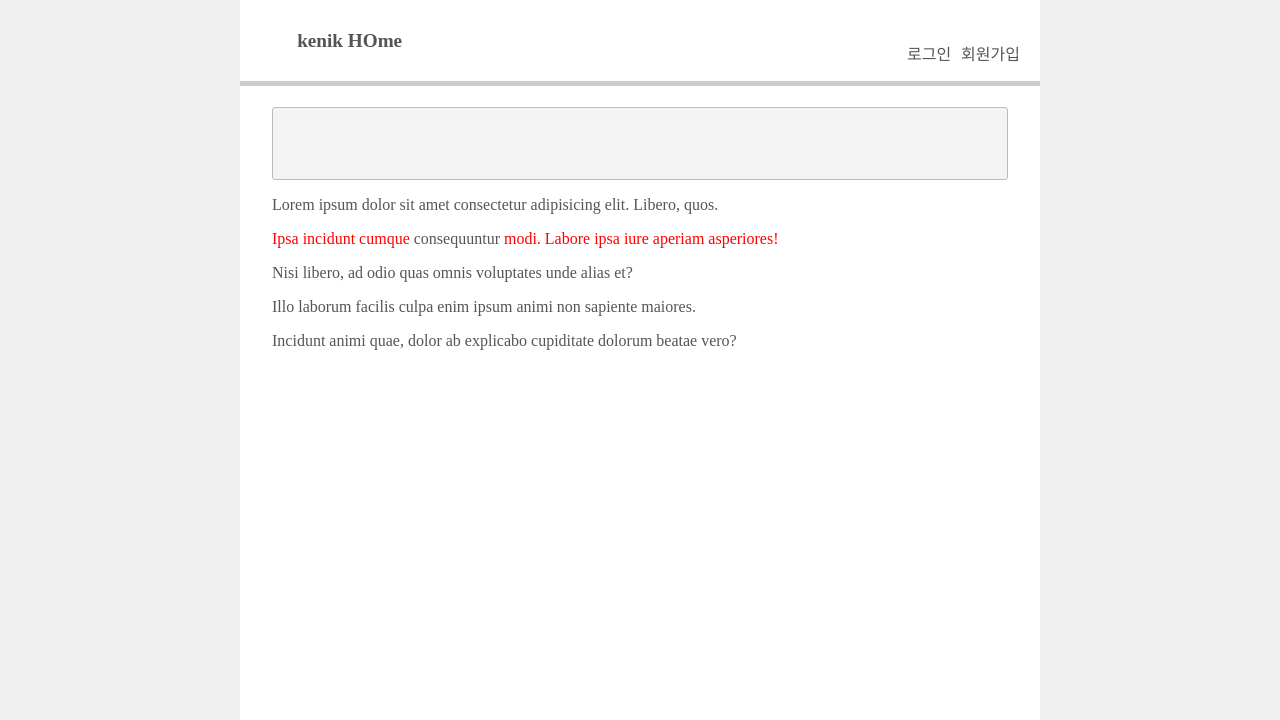
Repository: Deneb0000/WebClass
Page: webPro/src/main/webapp/jquery/days10/ex02_09.html
The author's editor kept a copy of each file at every save. The page is drawn from the files as they stood at one save, then again after the next save.
The browser window is 1280 px wide. The pictures show the whole page.
Some web fonts or font styles are not loaded; a fallback is used.

Above is the page before, as saved 2024-10-14 06:08:04.

### webPro/src/main/webapp/jquery/days10/ex02_09.html
<!DOCTYPE html>
<html>
<head>
<meta charset="UTF-8">
<title>Insert title here</title>
<link rel="shortcut icon" type="image/x-icon" href="http://localhost/webPro/images/SiSt.ico">
<script src="https://ajax.googleapis.com/ajax/libs/jquery/3.7.1/jquery.min.js"></script>
<meta name="viewport" content="width=device-width, initial-scale=1.0">
<link rel="stylesheet" href="http://localhost/webPro/resources/cdn-main/example.css">
<script src="http://localhost/webPro/resources/cdn-main/example.js"></script>
<style>
 span.material-symbols-outlined{
    vertical-align: text-bottom;
 }
</style>
</head>
<body>
<header>
  <h1 class="main"><a href="#" style="position: absolute;top:30px;">kenik HOme</a></h1>
  <ul>
    <li><a href="#">로그인</a></li>
    <li><a href="#">회원가입</a></li>
  </ul>
</header>
<div>
  <xmp class="code">

  </xmp>

  <p>Lorem ipsum dolor sit amet consectetur adipisicing elit. Libero, quos.</p>
  <p>Ipsa incidunt cumque <span>consequuntur</span> modi. Labore ipsa iure aperiam asperiores!</p>
  <p>Nisi libero, ad odio quas omnis voluptates unde alias et?</p>
  <p>Illo laborum facilis culpa enim ipsum animi non sapiente maiores.</p>
  <p>Incidunt animi quae, dolor ab explicabo cupiditate dolorum beatae vero?</p>

  <script>
    // $("p").css("color","red")
    // $("p:has(span)").css("color","red")
    $("p").has("span").css("color","red")

    //[문제] p태그의 내용에 eius 문자를 가지고 있는 p태그 배경색 빨갛게
    $("p").has(`q`).css("background-color", "red");


  </script>

</div>
</body>
</html>

### webPro/src/main/webapp/resources/cdn-main/example.css
@charset "UTF-8";

@import url('https://fonts.googleapis.com/css2?family=Material+Symbols+Outlined:opsz,wght,FILL,GRAD@20..48,100..700,0..1,-50..200');

@font-face {
    font-family: 'GmarketSansMedium';
    src: url('https://cdn.jsdelivr.net/gh/projectnoonnu/noonfonts_2001@1.1/GmarketSansMedium.woff') format('woff');
    font-weight: normal;
    font-style: normal;
}

:root {
	--text-color: #555;
	--sub-text-color: #777;
	--back-color: #EFEFEF;
	--header-color: #444;
	--primary-color: #DEDEDE;
	--secondary-color: #EFEFEF;
	--default-width: 800px;
	--narrow-width: 500px;
	--wide-width: 1200px;
	--text-font: 'GmarketSansMedium';
	--icon-font: 'Material Symbols Outlined';
	--border-color: #CCC;
}

html, body {
	margin: 0;
	padding: 0;
}

html {
	background-color: var(--back-color);
	display: flex;
	justify-content: center;
	min-height: 100vh;
}

body, body.default {
	width: var(--default-width);
	background-color: white;
	padding-bottom: 120px;
}

body.wide {
	width: var(--wide-width);
}

body.narrow {
	width: var(--narrow-width);
}



body, p, div, span, a, input, select, option, textarea, button, table, th, td, label, fieldset, legend {
	font-family: var(--text-font);
	color: var(--text-color);
}

h1, h2, h3 {
	font-family: var(--text-font);
	color: var(--header-color);
	padding: 0 1rem;
	padding-top: .5rem;
}

div > h1, div > h2, div > h3 {
	padding: 0;
}

body > div, body > main > div {
	padding: 0.3rem 1rem;
}


h1 { font-size: 2rem; border-bottom: 1px solid var(--border-color); }
h1 small { font-size: 1.2rem; color: var(--sub-text-color); }
h2 { font-size: 1.5rem; border-bottom: 1px dashed var(--border-color); }
h2 small { font-size: 1.1rem; color: --sub-text-color; }
h3 { font-size: 1.2rem; }
h3 small { font-size: 1rem; color: --sub-text-color; }



h1.main::before {
	font-family: var(--icon-font);
  	content: '\e666';
  	margin-right: 10px;
  	float: left;
	font-size: 2.5rem;
}

h1.sub::before {
	font-family: var(--icon-font);
  	content: '\ea19';
  	margin-right: 10px;
  	float: left;
	font-size: 2.5rem;
}


h1.page::before {
	font-family: var(--icon-font);
  	content: '\e0e0';
  	margin-right: 10px;
  	float: left;
	font-size: 2.5rem;
}

body > header > ul > li > .active{
	background-color: #FFF;
	color:#F00;
}

body > header {
	display: flex;
	justify-content: space-between;
	border-bottom: 5px solid var(--border-color);
	min-height: 74px;
	background-color: #FFF;
}

body > header.sticky {
	position: sticky;
	top: 0;
	z-index: 98;
}

body > header > h1 {
	font-size: 1.2rem;
	border: 0;
}

body > header.in > h1::before {
	font-family: var(--icon-font);
  	content: '\e332‥';
  	margin-right: 3px;
  	float: left;
	font-size: 2rem;
}


body > header > ul {
	list-style-type: none;
	display: flex;
	align-items: flex-end;
	margin-right: 10px;
}

body > header > ul > li {
	margin-right: 10px;
	cursor: pointer;
}

body > header > ul > li > a {
	cursor: pointer;
}


form {
	display: block;
}

form > div {
	padding: 0.3rem 1rem;
}

div > form > div {
	padding: 0.3rem 0;
}

input, textarea, button, select {
	border: 1px solid #BBB;
	border-radius: 3px;
	outline: none;
	resize: none;
	padding: 7px;
	margin: 0;
}

input[type=text]:read-only, textarea:read-only {
	cursor: not-allowed;
	background-color: #FFF;
}

input[type=text]:disabled, textarea:disabled {
	cursor: not-allowed;
	background-color: #EEE;
}

input[type=text], input[type=password], textarea, button, select {
	/* width: 300px; */
}

textarea {
	display: block;
	height: 100px;
}

input[type=button], input[type=submit], button {
	/* width: inherit; */
}

input.short, textarea.short, button.short, select.short {
	width: 100px;
}

input.long, textarea.long, button.long, select.long {
	width: 350px;
}

.narrow input.long, .narrow textarea.long, .narrow button.long, .narrow select.long {
	width: calc(100% - 20px);
}

input.full, textarea.full, button.full, select.full {
	width: calc(100% - 20px);
}

textarea.short {
	height: 50px;
}

textarea.long {
	height: 100px;
}

textarea.full {
	height: 200px;
}

input, textarea {
	padding-top: 8px;
}

input[type=button], input[type=submit], button {
	padding: 5px 10px;
	background-color: var(--secondary-color);
	cursor: pointer;
	min-height: 36px;
}

input[type=button].primary, input[type=submit].primary, button.primary {
	/* background-color: rgba(100, 149, 237, .2); */
	background-color: var(--primary-color);
}

input[type=button].primary:hover, input[type=submit].primary:hover, button.primary:hover {
	/* background-color: rgba(100, 149, 237, .3); */
	background-color: var(--secondary-color);
}

input[type=button]:hover, input[type=submit]:hover, button:hover {
	background-color: var(--primary-color);
}

button {
	position: relative;
	left: 0;
	top: 0;
	padding-left: 35px;
}

button .material-symbols-outlined {
	position: absolute;
	left: 10px;
	top: 4px;
}

/* k2nik add */
button.login::before {
	font-family: var(--icon-font);
  	content: '\ea77';
	position: absolute;
	left: 11px;
	top: 4px;
	font-size: 1.25rem;
}

/* k2nik logout */
button.logout::before {
	font-family: var(--icon-font);
  	content: '\e9ba';
	position: absolute;
	left: 11px;
	top: 4px;
	font-size: 1.25rem;
}

/* k2nik help */
button.help::before {
	font-family: var(--icon-font);
  	content: '\f1c0';
	position: absolute;
	left: 11px;
	top: 4px;
	font-size: 1.25rem;
}

button.add::before{
	font-family: var(--icon-font);
  	content: '\e746';
	position: absolute;
	left: 11px;
	top: 4px;
	font-size: 1.25rem;
}

button.back::before {
	font-family: var(--icon-font);
  	content: '\e166';
	position: absolute;
	left: 11px;
	top: 4px;
	font-size: 1.25rem;
}

button.list::before {
	font-family: var(--icon-font);
  	content: '\e0ee';
	position: absolute;
	left: 11px;
	top: 4px;
	font-size: 1.25rem;
}


button.del::before {
	font-family: var(--icon-font);
  	content: '\e872';
	position: absolute;
	left: 11px;
	top: 4px;
	font-size: 1.25rem;
}


button.edit::before {
	font-family: var(--icon-font);
  	content: '\e745';
	position: absolute;
	left: 11px;
	top: 4px;
	font-size: 1.25rem;
}


button.login::before {
	font-family: var(--icon-font);
  	content: '\ea77';
	position: absolute;
	left: 11px;
	top: 4px;
	font-size: 1.25rem;
}


button.logout::before {
	font-family: var(--icon-font);
  	content: '\e9ba';
	position: absolute;
	left: 11px;
	top: 4px;
	font-size: 1.25rem;
}


button.in::before {
	font-family: var(--icon-font);
  	content: '\f71a';
	position: absolute;
	left: 11px;
	top: 4px;
	font-size: 1.25rem;
}


button.out::before {
	font-family: var(--icon-font);
  	content: '\f70e';
	position: absolute;
	left: 11px;
	top: 4px;
	font-size: 1.25rem;
}


button.reply::before {
	font-family: var(--icon-font);
  	content: '\e15e';
	position: absolute;
	left: 11px;
	top: 4px;
	font-size: 1.25rem;
}


button.comment::before {
	font-family: var(--icon-font);
  	content: '\e0b9';
	position: absolute;
	left: 11px;
	top: 4px;
	font-size: 1.25rem;
}


button.modal::before {
	font-family: var(--icon-font);
  	content: '\e89e';
	position: absolute;
	left: 11px;
	top: 4px;
	font-size: 1.25rem;
}


button.ok::before {
	font-family: var(--icon-font);
  	content: '\e86c';
	position: absolute;
	left: 11px;
	top: 4px;
	font-size: 1.25rem;
}


button.cancel::before {
	font-family: var(--icon-font);
  	content: '\e5c9';
	position: absolute;
	left: 11px;
	top: 4px;
	font-size: 1.25rem;
}

button.search::before {
	font-family: var(--icon-font);
  	content: '\e8b6';
	position: absolute;
	left: 11px;
	top: 4px;
	font-size: 1.25rem;
}

button.home::before {
	font-family: var(--icon-font);
  	content: '\e88a';
	position: absolute;
	left: 11px;
	top: 4px;
	font-size: 1.25rem;
}


button.sidebar::before {
	font-family: var(--icon-font);
  	content: '\f7e4';
	position: absolute;
	left: 11px;
	top: 4px;
	font-size: 1.25rem;
}


button.sidebar-right::before {
	font-family: var(--icon-font);
  	content: '\f7e5';
	position: absolute;
	left: 11px;
	top: 4px;
	font-size: 1.25rem;
}




button::before {
	font-family: var(--icon-font);
  	content: '\e323';
	position: absolute;
	left: 11px;
	top: 4px;
	font-size: 1.25rem;
}


table {
	border-collapse: collapse;
	margin: 1rem;
	box-sizing: border-box;
	width: calc(100% - 32px);
}

table.content {
	width: auto;
}

div > table {
	margin: 0;
}

table th, table td {
	border: 1px solid var(--border-color);
	padding: 7px;
	font-weight: normal;
}

table th {
	background-color: var(--back-color);
}

table.vertical th {
	width: 150px;
}

table.vertical td {
	width: calc(100% - 182px);
	padding-left: 10px;
}

table.content td, table.content th {
	width: auto;
}

body.narrow table.vertical th {
	width: 100px;
}

body.narrow table.vertical td {
	width: calc(100% - 182px);
}


table + table {
	margin-top: 30px;
}


p {
	padding: 0 1rem;
}

a {
	text-decoration: none;
}

a:hover {
	color: rgba(255, 99, 71, .7);
}

hr {
	border: 0;
	border-top: 1px solid var(--border-color);
	margin: 2rem 0;
}

.message {
	border: 1px solid var(--border-color);
	background-color: #EFEFEF;
	margin: 1rem;
	width: auto;
	padding-top: 10px;
	padding-bottom: 10px;
	font-size: 14px;
}

.message[title]::before {
	content: attr(title);
	display: block;
	border-bottom: 1px solid var(--border-color);
	padding-bottom: 5px;
	margin-bottom: 10px;
	margin-top: 7px;
}

.message.short {
	max-width: 250px;
}

.message.long {
	max-width: 500px;
}

.badge {
	float: right;
	font-size: .8rem;
	margin-top: 2px;
	margin-right: 2px;
	text-shadow: 0 0 7px gray;
}

.badge.left {
	float: none;
	margin-left: 2px;
}

.badge.right {
	float: right;
}

.badge.red {
	border-radius: 50%;
	padding: 2px 5px;
	background-color: rgb(255, 99, 71, .3);
}

.badge.yellow {

	border-radius: 50%;
	padding: 2px 5px;
	background-color: rgb(255, 215, 0, .5);
}

.badge.blue {
	border-radius: 50%;
	padding: 2px 5px;
	background-color: rgb(100, 149, 237, .3);
}

label + label {
	margin-left: 7px;
}

label input[type=checkbox], label input[type=radio] {
	transform: translate(0, 1px);
}

.group {
	display: flex;
}

.modal-content .group {
	margin-bottom: .5rem;
}

.group label {
	border: 1px solid #BBB;
	border-radius: 3px;
	outline: none;
	resize: none;
	padding: 7px 14px;
	margin: 0;
	border-top-right-radius: 0;
	border-bottom-right-radius: 0;
	background-color: #EFEFEF;
	white-space: nowrap;
	font-size: 14px;
}

.group input[type=text] {
	margin-left: -1px;
	border-top-left-radius: 0;
	border-bottom-left-radius: 0;
}

.group select {
	margin-left: -1px;
	border-top-left-radius: 0;
	border-bottom-left-radius: 0;
}

.group input.full[type=text] {
	margin-left: -1px;
	border-top-left-radius: 0;
	border-bottom-left-radius: 0;
	width: 100%;
}

.group input[type=button]:first-child, .group button:first-child {
	border-top-left-radius: 3px;
	border-bottom-left-radius: 3px;
	margin-left: 0px;
}

.group input[type=button], .group button {
	border-radius: 0;
	margin-left: -1px;
}

.group input[type=button]:last-child, .group button:last-child {
	margin-left: -1px;
	border-top-right-radius: 3px;
	border-bottom-right-radius: 3px;
}

.seperate {
	display: flex;
	justify-content: space-between;
}

div.list {
	width: max-content;
	margin: 1rem;
	border: 1px solid #BBB;
	border-radius: 3px;
	padding: 0;
}

div.list.full {
	width: auto;
	display: block;
	margin: 1rem;
	border: 1px solid #BBB;
	border-radius: 3px;
	padding: 0;
}

div.list > div {
	padding: .5rem 1rem;
	margin: 0;
	border-bottom: 1px solid #BBB;
}

div.list > div:last-child {
	border-bottom: 0;
}

pre.code , xmp.code{
	font-family: consols;
	background-color: rgba(150, 150, 150, .1);
	border: 1px solid #BBB;
	border-radius: 3px;
	padding: .5rem 1rem;
	padding-bottom: .6rem;
	margin: 1rem;
}




*[data-modal-window] {
	position: fixed;
	background-color: rgba(0, 0, 0, .3);
	left: 0;
	top: 0;
	display: none;
	justify-content: center;
	align-items: flex-start;
	width: 100%;
	min-height: 100vh;
	z-index: 100;
	opacity: 0;
	transition: 500ms all;
}

*[data-modal-window] .modal-container {
	border-radius: 5px;
	padding: 1rem;
	padding-bottom: .5rem;
	margin-top: -500px;
	opacity: 0;
	width: 500px;
	background-color: #FFF;
	margin-right: 2rem;
	transition: 500ms all;
}

*[data-modal-size=content] .modal-container {
	width: auto;
}

*[data-modal-size=narrow] .modal-container {
	width: 300px;
}

*[data-modal-size=wide] .modal-container {
	width: 760px;
}


*[data-modal-window] .modal-header {
	border-bottom: 1px solid var(--border-color);
	padding: 2px 5px;
}

*[data-modal-window] .modal-content {
	padding: 1rem 5px;
}

*[data-modal-window] .modal-content div:last-child {
	margin-top: 1rem;
	text-align: right;
}



*[data-sidebar-window] {
	position: fixed;
	background-color: #FFF;
	left: 0;
	top: 0;
	display: block;
	width: 300px;
	border-right: 1px solid var(--border-color);
	box-sizing: border-box;
	box-shadow: 0 0 3px var(--back-color);
	min-height: 100vh;
	z-index: 99;
	transform: translate(-300px, 0);
	transition-duration: 500ms;
	transition-property: transform;
}

*[data-sidebar-direction=right] {
	left: auto;
	right: 0;
	transform: translate(300px, 0);
	border-left: 1px solid var(--border-color);
}

*[data-sidebar-size=wide] {
	width: 500px;
	transform: translate(-500px, 0);
}

*[data-sidebar-window] .sidebar-title {
	border-bottom: 1px solid var(--border-color);
	margin-top: 20px;
	margin-bottom: 20px;
	padding-bottom: 5px;
	display: flex;
	justify-content: space-between;
}

*[data-sidebar-window] .sidebar-title span:last-child {
	cursor: pointer;
}


/* K2Nik pagination */
.center {
  text-align: center;
}

.pagination {
  display: inline-block;
}

.pagination a {
  color: black;
  float: left;
  padding: 3px 6px;
  text-decoration: none;
  transition: background-color .3s;
  border: 1px solid #ddd;
  margin: 0 3px;
}

.pagination a.active {
  background-color: #4CAF50;
  color: white;
  border: 1px solid #4CAF50;
}

.pagination a:hover:not(.active) {background-color: #ddd;}

### webPro/src/main/webapp/resources/cdn-main/example.js

window.onload = () => {

    const list = document.querySelectorAll('input, textarea');

    list.forEach(item => {
        item.setAttribute('autocomplete', 'off');
    });


    const modal_btn_list = document.querySelectorAll('*[data-modal-button]');

    modal_btn_list.forEach(item => {
        item.onclick = function() {

            const name = this.dataset['modalButton'];
            const modal_window = document.querySelector('*[data-modal-window=' + name);

            const container = document.createElement('div');
            container.className = 'modal-container';



            const modal_header = document.createElement('div');
            modal_header.textContent = modal_window.dataset['modalTitle'];
            modal_header.className = 'modal-header';
            container.appendChild(modal_header);

            const modal_content = document.createElement('div');
            modal_content.className = 'modal-content';
            container.appendChild(modal_content);

            Array.from(modal_window.childNodes).forEach(item => {
                modal_content.appendChild(item);
            });

            modal_window.appendChild(container);

            modal_window.style.display = 'flex';

            setTimeout(() => {
                modal_window.style.opacity = 1;
                container.style.marginTop = '20px';
                container.style.opacity = 1;
            }, 50);


            const modal_ok = document.querySelector('*[data-modal-ok=' + name);
            modal_ok.addEventListener('click', function() {
                modal_window.style.opacity = 0;
                container.style.marginTop = '-500px';
                container.style.opacity = 0;

                setTimeout(() => {
                    modal_window.innerHTML = modal_content.innerHTML;
                    modal_window.style.display = 'none';
                }, 500);

            });

            const modal_cancel = document.querySelector('*[data-modal-cancel=' + name);
            modal_cancel.addEventListener('click', function() {

                modal_window.style.opacity = 0;
                container.style.marginTop = '-500px';
                container.style.opacity = 0;

                setTimeout(() => {
                    modal_window.innerHTML = modal_content.innerHTML;
                    modal_window.style.display = 'none';
                }, 500);
            });


        };
    });


    const sidebar_btn_list = document.querySelectorAll('*[data-sidebar-button]');

    sidebar_btn_list.forEach(item => {
        item.onclick = function() {



            const name = this.dataset['sidebarButton'];
            const sidebar_window = document.querySelector('*[data-sidebar-window=' + name);

            if (sidebar_window.style.transform == 'translate(0px, 0px)') return;



            sidebar_window.style.transform = 'translate(0, 0)';

            const sidebar_title = document.createElement('div');
            sidebar_title.className = 'sidebar-title';
            sidebar_title.innerHTML = '<span>' + sidebar_window.dataset['sidebarTitle'] + '</span><span class="material-symbols-outlined">close</span>';

            sidebar_title.children[1].onclick = function() {

                let sign = 1;
                let distance = 300;

                if (sidebar_window.dataset['sidebarDirection'] != 'right') {
                    sign = -1;
                } else {
                    sign = 1;
                }

                if (sidebar_window.dataset['sidebarSize'] != 'wide') {
                    distance = 300;
                } else {
                    distance = 500;
                }

                distance *= sign;

                sidebar_window.style.transform = 'translate(' + distance + 'px, 0)';

                setTimeout(function() {
                    sidebar_window.removeChild(sidebar_window.children[0]);
                }, 500);
            };


            sidebar_window.prepend(sidebar_title);

        }
    });

};

// window.onkeydown = function(event) {

//     if (event.keyCode == 27) {
//         if (document.querySelector('[data-modal-window').style.display == 'flex') {
//             document.querySelector('[data-modal-window').style.display = 'none';
//         }
//     }

// };

After the next save:
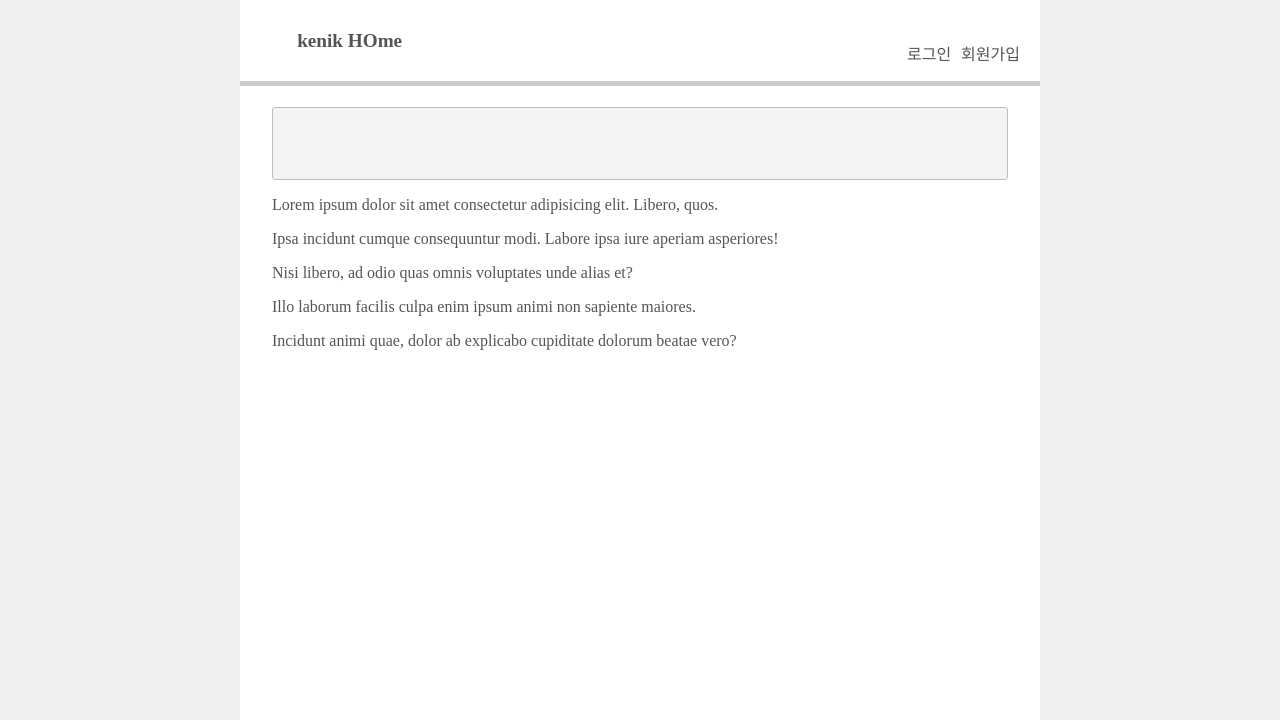
Console error: SyntaxError: Unexpected token ':'
Saved 65 s later.
--- a/webPro/src/main/webapp/jquery/days10/ex02_09.html
+++ b/webPro/src/main/webapp/jquery/days10/ex02_09.html
@@ -39,7 +39,7 @@
     $("p").has("span").css("color","red")
 
     //[문제] p태그의 내용에 eius 문자를 가지고 있는 p태그 배경색 빨갛게
-    $("p").has(`q`).css("background-color", "red");
+    $("p").has(:ind).css("background-color", "red");
 
 
   </script>
